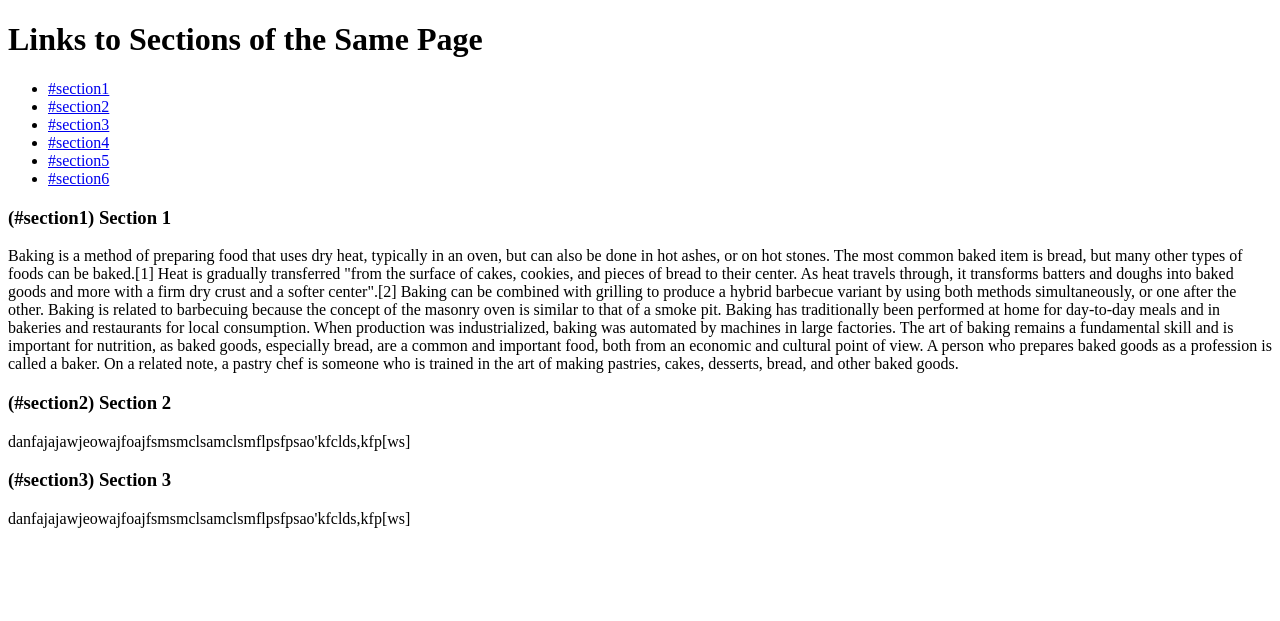
Repository: Koniya/my-coding-practices
Page: links-same page.html
The author's editor kept a copy of each file at every save. The page is drawn from the files as they stood at one save, then again after the next save.
The browser window is 1280 px wide. The pictures show the whole page.

Above is the page before, as saved 2024-01-27 17:13:13.

After the next save:
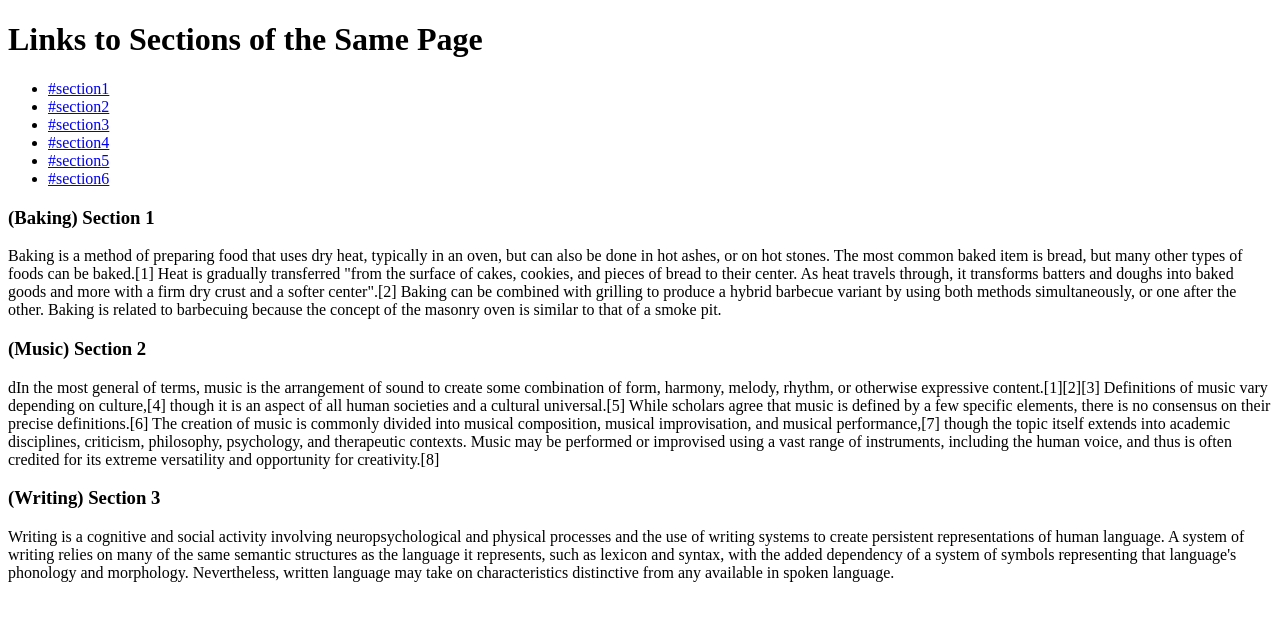
Saved 2 min 55 s later.
--- a/links-same page.html
+++ b/links-same page.html
@@ -19,22 +19,20 @@
     </section>
 
     <section id="section1">
-        <h3>(#section1) Section 1</h3>
+        <h3>(Baking) Section 1</h3>
         <p>Baking is a method of preparing food that uses dry heat, typically in an oven, but can also be done in hot ashes, or on hot stones. The most common baked item is bread, but many other types of foods can be baked.[1] Heat is gradually transferred "from the surface of cakes, cookies, and pieces of bread to their center. As heat travels through, it transforms batters and doughs into baked goods and more with a firm dry crust and a softer center".[2] Baking can be combined with grilling to produce a hybrid barbecue variant by using both methods simultaneously, or one after the other. Baking is related to barbecuing because the concept of the masonry oven is similar to that of a smoke pit.
-
-            Baking has traditionally been performed at home for day-to-day meals and in bakeries and restaurants for local consumption. When production was industrialized, baking was automated by machines in large factories. The art of baking remains a fundamental skill and is important for nutrition, as baked goods, especially bread, are a common and important food, both from an economic and cultural point of view. A person who prepares baked goods as a profession is called a baker. On a related note, a pastry chef is someone who is trained in the art of making pastries, cakes, desserts, bread, and other baked goods.
         </p>
     </section>
 
     <section id="section2">
-        <h3>(#section2) Section 2</h3>
-        <p>danfajajawjeowajfoajfsmsmclsamclsmflpsfpsao'kfclds,kfp[ws]
+        <h3>(Music) Section 2</h3>
+        <p>dIn the most general of terms, music is the arrangement of sound to create some combination of form, harmony, melody, rhythm, or otherwise expressive content.[1][2][3] Definitions of music vary depending on culture,[4] though it is an aspect of all human societies and a cultural universal.[5] While scholars agree that music is defined by a few specific elements, there is no consensus on their precise definitions.[6] The creation of music is commonly divided into musical composition, musical improvisation, and musical performance,[7] though the topic itself extends into academic disciplines, criticism, philosophy, psychology, and therapeutic contexts. Music may be performed or improvised using a vast range of instruments, including the human voice, and thus is often credited for its extreme versatility and opportunity for creativity.[8]
         </p>
     </section>
 
     <section id="section3">
-        <h3>(#section3) Section 3</h3>
-        <p>danfajajawjeowajfoajfsmsmclsamclsmflpsfpsao'kfclds,kfp[ws]
+        <h3>(Writing) Section 3</h3>
+        <p>Writing is a cognitive and social activity involving neuropsychological and physical processes and the use of writing systems to create persistent representations of human language. A system of writing relies on many of the same semantic structures as the language it represents, such as lexicon and syntax, with the added dependency of a system of symbols representing that language's phonology and morphology. Nevertheless, written language may take on characteristics distinctive from any available in spoken language.
         </p>
     </section>
 </body>
